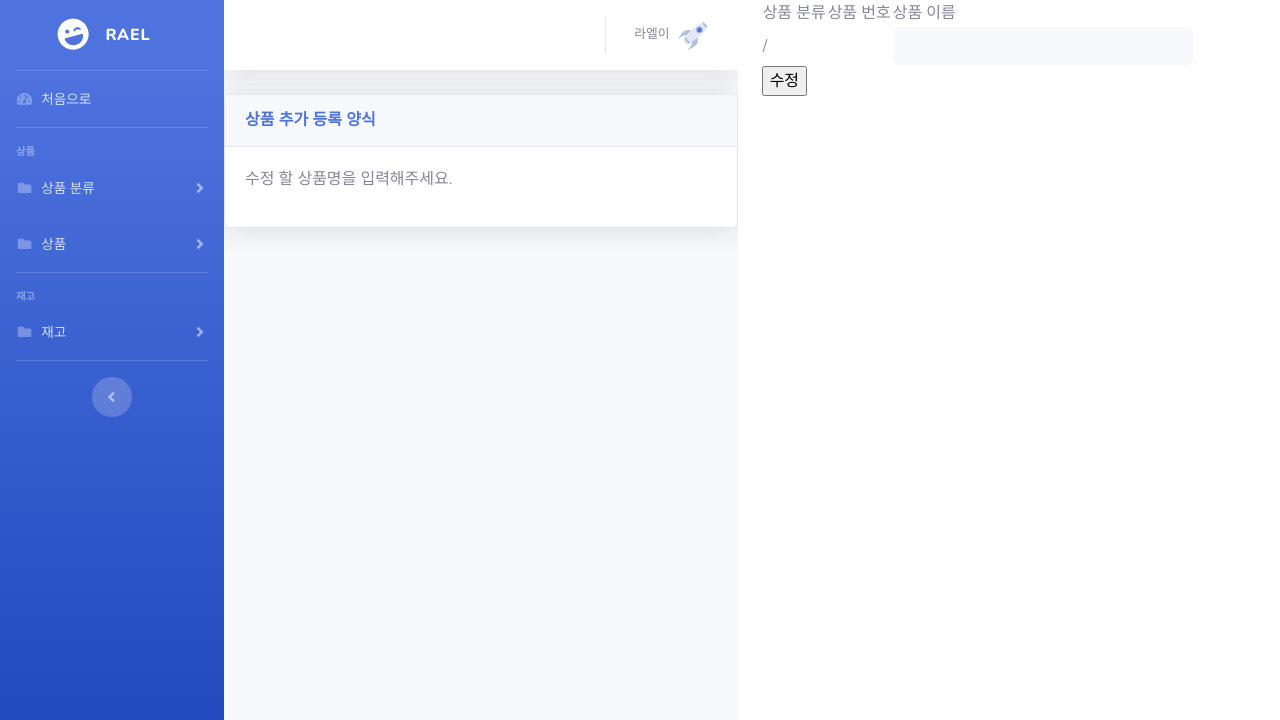
Repository: sww232/springRaelProject
Page: http://localhost/rael/WEB-INF/views/product/product_update_modifypage.jsp
An editor plug-in stored every save of this project. The page is shown before and after the next save, followed by the edit.
The browser window is 1280 px wide. The pictures show the whole page.
The page is served by Tomcat 9. Nobody is signed in. Other server files are loaded and not shown. The template is opened directly, without the code that normally fills it, so the values that code supplies are empty.

Above is the page before, as saved 2022-10-07 00:39:57.

### raelproject3/rael/src/main/webapp/WEB-INF/views/product/product_update_modifypage.jsp
<%@ page language="java" contentType="text/html; charset=UTF-8" pageEncoding="UTF-8"%>
<%@ taglib uri="http://java.sun.com/jsp/jstl/core" prefix="c" %>
<%@ taglib prefix="sql" uri="http://java.sun.com/jsp/jstl/sql" %>
<%@ taglib prefix="fmt" uri="http://java.sun.com/jsp/jstl/fmt" %>
<!DOCTYPE html>
<html>
<head>
<head>
	    <meta name="viewport" content="width=device-width, initial-scale=1, shrink-to-fit=no">
	    <meta name="description" content="">
	    <meta name="author" content="">
	    <meta charset="UTF-8">
			<title>메인</title>

		<link href="vendor/fontawesome-free/css/all.min.css" rel="stylesheet" type="text/css">
	    <link
	        href="https://fonts.googleapis.com/css?family=Nunito:200,200i,300,300i,400,400i,600,600i,700,700i,800,800i,900,900i"
	        rel="stylesheet">

	    <!-- Custom styles for this template -->
	    <link href="css/sb-admin-2.min.css" rel="stylesheet">
	    <script src="vendor/jquery/jquery.min.js"></script>
	    <script src="vendor/bootstrap/js/bootstrap.bundle.min.js"></script>

	    <!-- Core plugin JavaScript-->
	    <script src="vendor/jquery-easing/jquery.easing.min.js"></script>

	    <!-- Custom scripts for all pages-->
	    <script src="js/sb-admin-2.min.js"></script>

	    <!-- Page level plugins -->
	    <script src="vendor/datatables/jquery.dataTables.min.js"></script>
	    <script src="vendor/datatables/dataTables.bootstrap4.min.js"></script>

	    <!-- Page level custom scripts -->
	    <script src="js/demo/datatables-demo.js"></script>

	    <!-- Custom styles for this page -->
	    <link href="vendor/datatables/dataTables.bootstrap4.min.css" rel="stylesheet">

	</head>
	<body id="page-top">
	<form>
		<div class="modal fade" id="moaModal1" tabindex="-1" role="dialog" aria-labelledby="exampleModalLabel" aria-hidden="true">

			<div class="modal-dialog" role="document">
				<div class="modal-content">
					<div class="modal-header">
						<h5 class="modal-title" id="exampleModalLabel">상품 등록을 위한 카테고리 선택</h5>
						<button class="close" type="button" data-dismiss="modal" aria-label="Close">
							<span aria-hidden="true">x</span>
						</button>
						</div>
						<div class="modal-body">
							<select name="categoryBox1" id="categoryBox1">
								<option value="defaultValue" selected></option>
								<c:forEach var="list" items="${categorynums}">
									<option value="${list}">
										${list}
									</option>
								</c:forEach>
							</select>
						</div>
					<div class="modal-footer">
						<button class="btn btn-primary" type="button" data-dismiss="modal">Cancel</button>
						<button class="btn btn-primary" type="submit" formaction="/product/product_insert">Choice</button>
					</div>
				</div>
			</div>
		</div>
		<div class="modal fade" id="moaModal2" tabindex="-1" role="dialog" aria-labelledby="exampleModalLabel" aria-hidden="true">

			<div class="modal-dialog" role="document">
				<div class="modal-content">
					<div class="modal-header">
						<h5 class="modal-title" id="exampleModalLabel">상품 추가 등록을 위한 카테고리 선택</h5>
						<button class="close" type="button" data-dismiss="modal" aria-label="Close">
							<span aria-hidden="true">x</span>
						</button>
						</div>
						<div class="modal-body">
							<select name="categoryBox2" id="categoryBox2">
								<option value="defaultValue" selected></option>
								<c:forEach var="list" items="${categorynums}">
									<option value="${list}">
										${list}
									</option>
								</c:forEach>
							</select>
						</div>
					<div class="modal-footer">
						<button class="btn btn-primary" type="button" data-dismiss="modal">Cancel</button>
						<button class="btn btn-primary" type="submit" formaction="/product/product_insert_detail">Choice</button>
					</div>
				</div>
			</div>
		</div>
		<div class="modal fade" id="moaModal3" tabindex="-1" role="dialog" aria-labelledby="exampleModalLabel" aria-hidden="true">

			<div class="modal-dialog" role="document">
				<div class="modal-content">
					<div class="modal-header">
						<h5 class="modal-title" id="exampleModalLabel">상품명/상세정보 수정을 위한 카테고리 선택</h5>
						<button class="close" type="button" data-dismiss="modal" aria-label="Close">
							<span aria-hidden="true">x</span>
						</button>
						</div>
						<div class="modal-body">
							<select name="categoryBox3" id="categoryBox3">
								<option value="defaultValue" selected></option>
								<c:forEach var="list" items="${categorynums}">
									<option value="${list}">
										${list}
									</option>
								</c:forEach>
							</select>
						</div>
					<div class="modal-footer">
						<button class="btn btn-primary" type="button" data-dismiss="modal">Cancel</button>
						<button class="btn btn-primary" type="submit" formaction="/product/product_update">Choice</button>
					</div>
				</div>
			</div>
		</div>
	</form>
	<div id="wrapper">
		 <ul class="navbar-nav bg-gradient-primary sidebar sidebar-dark accordion" id="accordionSidebar">

            <!-- Sidebar - Brand -->
            <a class="sidebar-brand d-flex align-items-center justify-content-center" href="/">
                <div class="sidebar-brand-icon rotate-n-15">
                    <i class="fas fa-laugh-wink"></i>
                </div>
                <div class="sidebar-brand-text mx-3">RAEL</div>
            </a>

            <!-- Divider -->
            <hr class="sidebar-divider my-0">

            <!-- Nav Item - Dashboard -->
            <li class="nav-item">
                <a class="nav-link" href="/">
                    <i class="fas fa-fw fa-tachometer-alt"></i>
                    <span>처음으로</span></a>
            </li>

            <!-- Divider -->
            <hr class="sidebar-divider">

            <!-- Heading -->
            <div class="sidebar-heading">
                상품
            </div>

            <!-- Nav Item - Pages Collapse Menu -->
            <li class="nav-item">
                <a class="nav-link collapsed" href="#" data-toggle="collapse" data-target="#collapseTwo"
                    aria-expanded="true" aria-controls="collapseTwo">
                    <i class="fas fa-fw fa-folder"></i>
                    <span>상품 분류</span>
                </a>
                <div id="collapseTwo" class="collapse" aria-labelledby="headingTwo" data-parent="#accordionSidebar">
                    <div class="bg-white py-2 collapse-inner rounded">
                        <h6 class="collapse-header">상풍 분류 탭</h6>
                        <a class="collapse-item" href="#" data-toggle="modal" data-target="#moaModal1">
							<i class="fas fa-arrow-right"></i>상품 등록
						</a>
						<a class="collapse-item" href="#" data-toggle="modal" data-target="#moaModal2">
							<i class="fas fa-arrow-right"></i>상품 추가 등록
						</a>
						<a class="collapse-item" href="#" data-toggle="modal" data-target="#moaModal3">
							<i class="fas fa-arrow-right"></i>상품명/상세정보 수정
						</a>
                    </div>
                </div>
            </li>

            <!-- Nav Item - Utilities Collapse Menu -->
            <li class="nav-item">
                <a class="nav-link collapsed" href="#" data-toggle="collapse" data-target="#collapseUtilities"
                    aria-expanded="true" aria-controls="collapseUtilities">
                    <i class="fas fa-fw fa-folder"></i>
                    <span>상품</span>
                </a>
                <div id="collapseUtilities" class="collapse" aria-labelledby="headingUtilities"
                    data-parent="#accordionSidebar">
                    <div class="bg-white py-2 collapse-inner rounded">
                        <h6 class="collapse-header">상품 탭</h6>
                        <a class="collapse-item" href="/product/all_select?page=1&recordSize=10&pageSize=10">상품 조회</a>
                        <a class="collapse-item" href="#" data-toggle="modal" data-target="#moaModal1">
							<i class="fas fa-arrow-right"></i>상품 등록
						</a>
						<a class="collapse-item" href="#" data-toggle="modal" data-target="#moaModal2">
							<i class="fas fa-arrow-right"></i>상품 추가 등록
						</a>
						<a class="collapse-item" href="#" data-toggle="modal" data-target="#moaModal3">
							<i class="fas fa-arrow-right"></i>상품명/상세정보 수정
						</a>
                    </div>
                </div>
            </li>

            <!-- Divider -->
            <hr class="sidebar-divider">

            <!-- Heading -->
            <div class="sidebar-heading">
                재고
            </div>

            <!-- Nav Item - Pages Collapse Menu -->
            <li class="nav-item">
                <a class="nav-link collapsed" href="#" data-toggle="collapse" data-target="#collapsePages"
                    aria-expanded="true" aria-controls="collapsePages">
                    <i class="fas fa-fw fa-folder"></i>
                    <span>재고</span>
                </a>
                <div id="collapsePages" class="collapse" aria-labelledby="headingPages" data-parent="#accordionSidebar">
                    <div class="bg-white py-2 collapse-inner rounded">
                        <h6 class="collapse-header">재고</h6>
                        <a class="collapse-item" href="/stock/stock_select?page=1&recordSize=10&pageSize=10">재고 조회 및 입/출고</a>
                        <div class="collapse-divider"></div>
                        <h6 class="collapse-header">재고 입/출고</h6>
                        <a class="collapse-item" href="/stock/stock_history?page=1&recordSize=10&pageSize=10">내역</a>
                        <a class="collapse-item" href="/stock/stock_history_cancel?page=1&recordSize=10&pageSize=10">취소</a>
                    </div>
                </div>
            </li>

            <!-- Divider -->
            <hr class="sidebar-divider d-none d-md-block">

            <!-- Sidebar Toggler (Sidebar) -->
            <div class="text-center d-none d-md-inline">
                <button class="rounded-circle border-0" id="sidebarToggle"></button>
            </div>

        </ul>

        <!-- End of Sidebar -->

        <!-- Content Wrapper -->
        <div id="content-wrapper" class="d-flex flex-column">

            <!-- Main Content -->
            <div id="content">

                <!-- Topbar -->
                <nav class="navbar navbar-expand navbar-light bg-white topbar mb-4 static-top shadow">

                    <!-- Sidebar Toggle (Topbar) -->
                    <form class="form-inline">
                        <button id="sidebarToggleTop" class="btn btn-link d-md-none rounded-circle mr-3">
                            <i class="fa fa-bars"></i>
                        </button>
                    </form>

                    <!-- Topbar Search
                    <form
                        class="d-none d-sm-inline-block form-inline mr-auto ml-md-3 my-2 my-md-0 mw-100 navbar-search">
                        <div class="input-group">
                            <input type="text" class="form-control bg-light border-0 small" placeholder="Search for..."
                                aria-label="Search" aria-describedby="basic-addon2">
                            <div class="input-group-append">
                                <button class="btn btn-primary" type="button">
                                    <i class="fas fa-search fa-sm"></i>
                                </button>
                            </div>
                        </div>
                    </form>
					-->
                    <!-- Topbar Navbar -->
                    <ul class="navbar-nav ml-auto">

                        <!-- Nav Item - Search Dropdown (Visible Only XS) -->
                        <li class="nav-item dropdown no-arrow d-sm-none">
                            <a class="nav-link dropdown-toggle" href="#" id="searchDropdown" role="button"
                                data-toggle="dropdown" aria-haspopup="true" aria-expanded="false">
                                <i class="fas fa-search fa-fw"></i>
                            </a>
                            <!-- Dropdown - Messages -->
                            <div class="dropdown-menu dropdown-menu-right p-3 shadow animated--grow-in"
                                aria-labelledby="searchDropdown">
                                <form class="form-inline mr-auto w-100 navbar-search">
                                    <div class="input-group">
                                        <input type="text" class="form-control bg-light border-0 small"
                                            placeholder="Search for..." aria-label="Search"
                                            aria-describedby="basic-addon2">
                                        <div class="input-group-append">
                                            <button class="btn btn-primary" type="button">
                                                <i class="fas fa-search fa-sm"></i>
                                            </button>
                                        </div>
                                    </div>
                                </form>
                            </div>
                        </li>
                        <div class="topbar-divider d-none d-sm-block"></div>

                        <!-- Nav Item - User Information -->
                        <li class="nav-item dropdown no-arrow">
                            <a class="nav-link dropdown-toggle" href="#" id="userDropdown" role="button"
                                data-toggle="dropdown" aria-haspopup="true" aria-expanded="false">
                                <span class="mr-2 d-none d-lg-inline text-gray-600 small">라엘이</span>
                                <img class="img-profile rounded-circle"
                                    src="img/undraw_rocket.svg">
                            </a>
                            <!-- Dropdown - User Information -->
                            <div class="dropdown-menu dropdown-menu-right shadow animated--grow-in"
                                aria-labelledby="userDropdown">
                                <div class="dropdown-divider"></div>
                                <a class="dropdown-item" href="#" data-toggle="modal" data-target="#logoutModal">
                                    <i class="fas fa-sign-out-alt fa-sm fa-fw mr-2 text-gray-400"></i>
                                    Logout
                                </a>
                            </div>
                        </li>

                    </ul>

                </nav>
    <!-- End of Topbar -->
			    <div class="card shadow mb-4">
					<div class="card-header py-3 d-flex flex-row align-items-center justify-content-between">
						<h6 class="m-0 font-weight-bold text-primary">상품 추가 등록 양식</h6>
					</div>
					<div class="card-body">
						<p>
							수정 할 상품명을 입력해주세요.
						</p>
					</div>
				</div>
					<div class="input-group">
						<input type="text" class="form-control bg-light border-0 small" name="product name for modify" value="${data.PRODUCTNAME}" style="text-align:center; width:300px">
					</div>

    	</div>
	</div>
	<div class="container">
	<form method="post" action="product_update/UPDATE">
	<input type="hidden" name="categoryBox" value="${categoryBox}" readonly>
	<input type="hidden" name="product num for modify" value="${data.PRODUCTNUM}" readonly>
		<table class="rwd-table">
				<thead>
					<tr>
						<td>상품 분류</td>
						<td>상품 번호</td>
						<td>상품 이름</td>
					</tr>
				</thead>

				<tbody>
					<tr>
						<td>${data.PRODUCTCATEGORYNUM}/${data.PRODUCTCATEGORYNAME}</td>
						<td>${data.PRODUCTNUM}</td>
						<td><input type="text" class="form-control bg-light border-0 small" name="product name for modify" value="${data.PRODUCTNAME}" style="text-align:center; width:300px"></td>
					</tr>
				</tbody>
			</table>
			<input type="submit" value="수정">
		</form>
	</div>
</body>
</html>

### raelproject3/rael/src/main/resources/static/img/undraw_rocket.svg
<?xml version="1.0" encoding="utf-8"?>
<!-- Generator: Adobe Illustrator 25.0.0, SVG Export Plug-In . SVG Version: 6.00 Build 0)  -->
<svg version="1.1" id="b759170a-51c3-4e2f-999d-77dec9fd6d11"
	 xmlns="http://www.w3.org/2000/svg" xmlns:xlink="http://www.w3.org/1999/xlink" x="0px" y="0px" viewBox="0 0 650.9 610.5"
	 style="enable-background:new 0 0 650.9 610.5;" xml:space="preserve">
<style type="text/css">
	.st0{fill:#AFC0E0;}
	.st1{opacity:0.2;fill:#FFFFFF;enable-background:new    ;}
	.st2{opacity:0.1;enable-background:new    ;}
	.st3{fill:#E3E8F4;}
	.st4{fill:#4E73DF;}
</style>
<path class="st0" d="M174,321c-2-1.6-4.2-3-6.6-4.2c-51.8-26.2-157,67.8-157,67.8L0,372.7c0,0,42.1-43.8,92.4-117.3
	c45.2-66.1,150.7-51.8,171.4-48.3c2.3,0.4,3.6,0.7,3.6,0.7C298.7,288.3,174,321,174,321z"/>
<path class="st1" d="M269.4,213.9c-0.6-2-1.3-4-2-6c0,0-1.2-0.2-3.6-0.7c-20.7-3.5-126.2-17.8-171.4,48.3C42.1,329,0,372.7,0,372.7
	l5.9,6.7c0,0,42.1-43.8,92.4-117.3C143.3,196.3,248,210.2,269.4,213.9z"/>
<path class="st0" d="M337.7,533.4c-79.2,40.8-127.8,77.1-127.8,77.1l-10.5-11.9c0,0,111.1-96.8,85.3-150.9c-0.5-1.2-1.2-2.3-1.9-3.4
	c0,0,47.9-119.6,123.9-78.5c0,0,0.1,1,0.2,2.9C407.8,387.8,409.7,496.3,337.7,533.4z"/>
<path class="st2" d="M174,321c-2-1.6-4.2-3-6.6-4.2c29.3-38.9,61.5-75.5,96.3-109.7c2.3,0.4,3.6,0.7,3.6,0.7
	C298.7,288.3,174,321,174,321z"/>
<path class="st2" d="M406.9,368.6c-38.6,29.6-79.4,56.1-122.3,79.1c-0.5-1.2-1.2-2.3-1.9-3.4c0,0,47.9-119.6,123.9-78.5
	C406.7,365.7,406.8,366.7,406.9,368.6z"/>
<path class="st3" d="M263.6,455.5c-20.3,10.4-41.6,20.5-64,30.2c-33.6,14.6-51.5-2.2-80.7-91.5c0,0,12.5-22.5,37.2-57
	c54.3-75.8,167.5-209.1,336.1-286.7C542.7,27.1,596.1,10.1,650.9,0c0,0-9.1,68.8-62,160.1S439.1,365.3,263.6,455.5z"/>
<circle class="st0" cx="435.6" cy="199.7" r="71.6"/>
<path class="st4" d="M469.2,237.9c-21,18.6-53.1,16.6-71.7-4.5c-7.8-8.8-12.2-20-12.7-31.8c-0.2-4.7,0.3-9.4,1.4-14
	c0.5-2,1.1-4.1,1.9-6c2.9-7.7,7.7-14.5,13.8-19.9c0.3-0.3,0.6-0.5,0.9-0.8c17.1-14.4,41.5-15.9,60.3-3.8c3.5,2.3,6.7,4.9,9.5,7.9
	l1,1.1C492.2,187.2,490.2,219.3,469.2,237.9C469.2,237.8,469.2,237.9,469.2,237.9z"/>
<path class="st0" d="M588.9,160.1c-83-35.2-96.8-109.6-96.8-109.6C542.7,27,596.1,10.1,650.9,0C650.9,0,641.8,68.8,588.9,160.1z"/>
<path class="st0" d="M263.6,455.5c-13.7,7.1-27.9,13.9-42.6,20.7c-7,3.2-14.1,6.4-21.4,9.5c-10.9,4.7-51.5-2.2-80.7-91.5
	c0,0,4.1-7.3,12.1-20c6.1-9.6,14.5-22.2,25.1-37c0,0,11,33.2,41.1,67.3C215.8,425.7,238.4,443,263.6,455.5z"/>
<path class="st3" d="M221,476.2c-7,3.2-14.1,6.4-21.4,9.5c-10.9,4.7-51.5-2.2-80.7-91.5c0,0,4.1-7.3,12.1-20
	C131,374.2,170.2,456.9,221,476.2z"/>
<path class="st1" d="M463.2,157l-0.1,0l-60.1,3.9c-0.3,0.3-0.6,0.5-0.9,0.8c-6.2,5.4-10.9,12.3-13.8,19.9l84.5-16.6L463.2,157z"/>
<path class="st1" d="M438.8,194.3l-53.9,7.3c-0.2-4.7,0.3-9.4,1.4-14l52.8,1.4L438.8,194.3z"/>
<path class="st1" d="M131.7,408.7c0,0,12.5-22.5,37.2-57C223.2,276,336.4,142.7,504.9,65c45.6-21.1,93.3-36.9,142.5-47.3
	C650.1,6.4,650.9,0,650.9,0c-54.8,10.1-108.2,27-158.7,50.5c-168.6,77.7-281.8,211-336.1,286.7c-24.7,34.4-37.2,57-37.2,57
	c11.5,35.3,26.6,57,40.5,70.3C149.4,451.4,139.7,433.3,131.7,408.7z"/>
</svg>

Loaded but not shown: raelproject3/rael/src/main/resources/static/css/sb-admin-2.min.css (library); raelproject3/rael/src/main/resources/static/js/sb-admin-2.min.js (common file); raelproject3/rael/src/main/resources/static/js/demo/datatables-demo.js (common file)

After the next save:
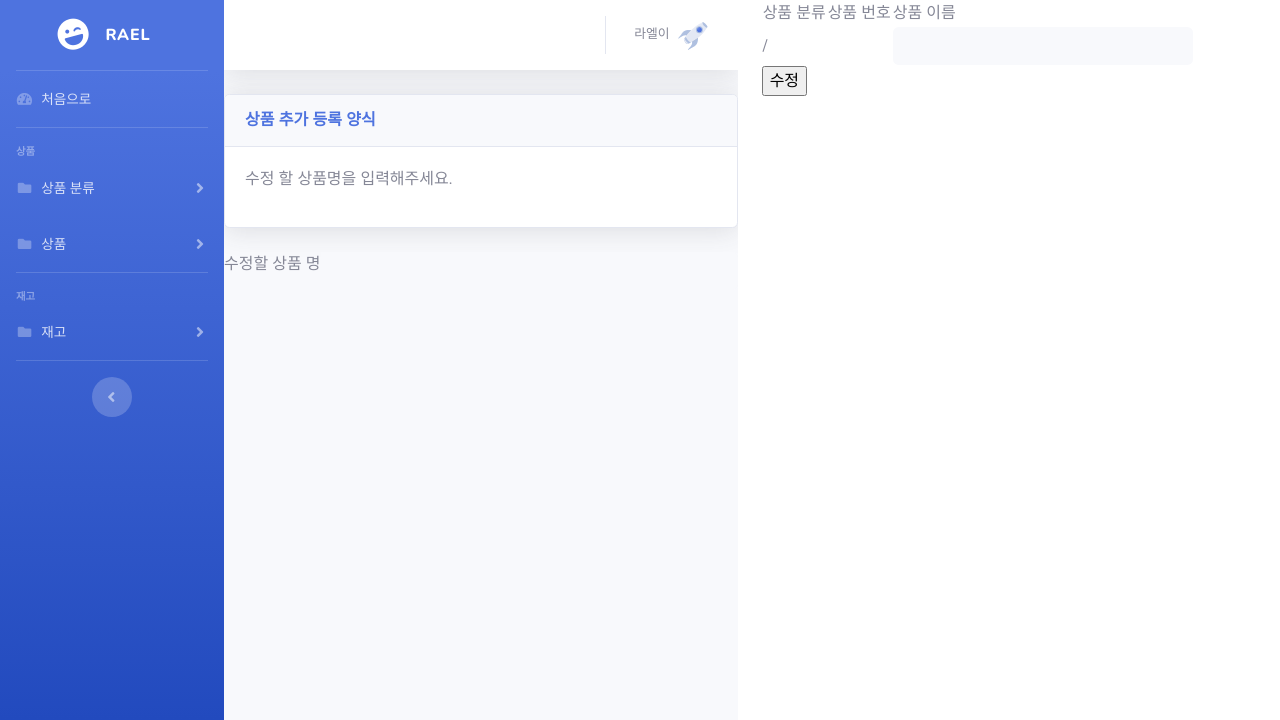
Saved 12 s later.
--- a/raelproject3/rael/src/main/webapp/WEB-INF/views/product/product_update_modifypage.jsp
+++ b/raelproject3/rael/src/main/webapp/WEB-INF/views/product/product_update_modifypage.jsp
@@ -331,6 +331,7 @@
 					</div>
 				</div>
 					<div class="input-group">
+						<label>수정할 상품 명</label>
 						<input type="text" class="form-control bg-light border-0 small" name="product name for modify" value="${data.PRODUCTNAME}" style="text-align:center; width:300px">
 					</div>
 
